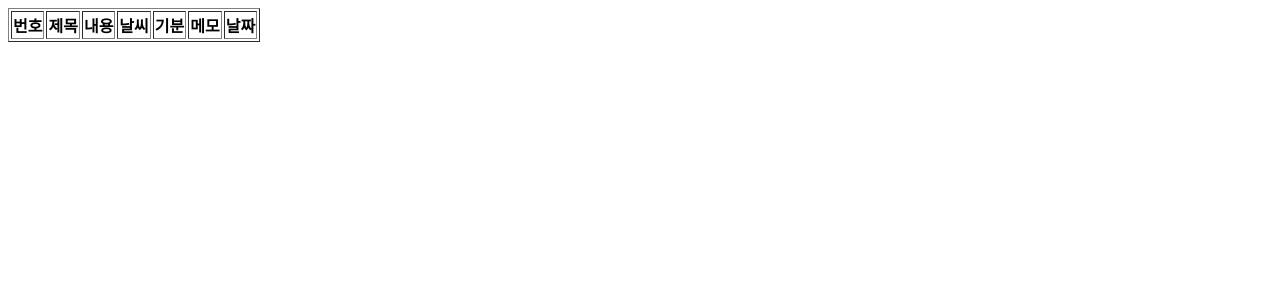
Repository: Luho0113/SpringBootStudy
Page: http://localhost/web/diary.jsp
The author's editor kept a copy of each file at every save. The page is drawn from the files as they stood at one save, then again after the next save.
The browser window is 1280 px wide. The pictures show the whole page.
The page is served by Tomcat 9. Queries for data that is not in the repository find no rows.

Above is the page before, as saved 2023-05-03 08:14:18.

After the next save:
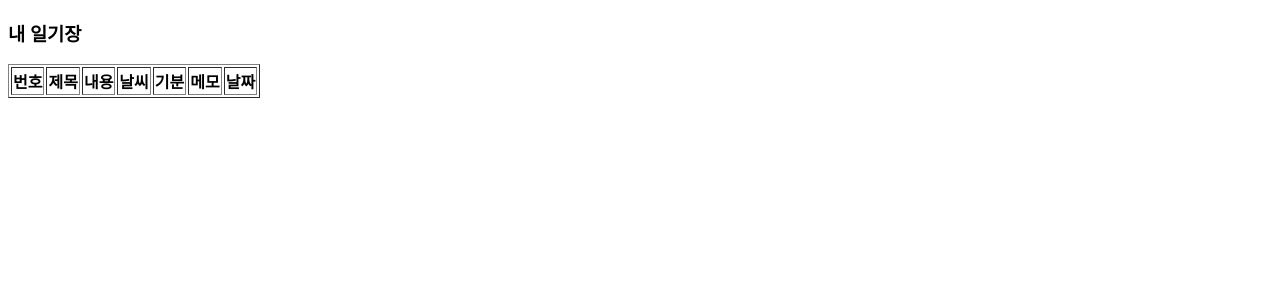
Saved 71 s later.
--- a/web/src/main/webapp/diary.jsp
+++ b/web/src/main/webapp/diary.jsp
@@ -17,6 +17,9 @@
 Connection con = DBCon.getCon(); //DBCon 클래스에 작성한 DB 커넥션 메소드 호출
 Statement stmt = con.createStatement();
 ResultSet rs = stmt.executeQuery("SELECT DI_NUM, DI_SUBJECT, DI_CONTENT, DI_WEATHER, DI_MOOD, DI_MEMO, DI_DATE FROM DIARY");
+%>
+<%
+out.println("<h3>" +"내 일기장" + "</h3>");
 %>
 <table border="1">
 	<tr>
